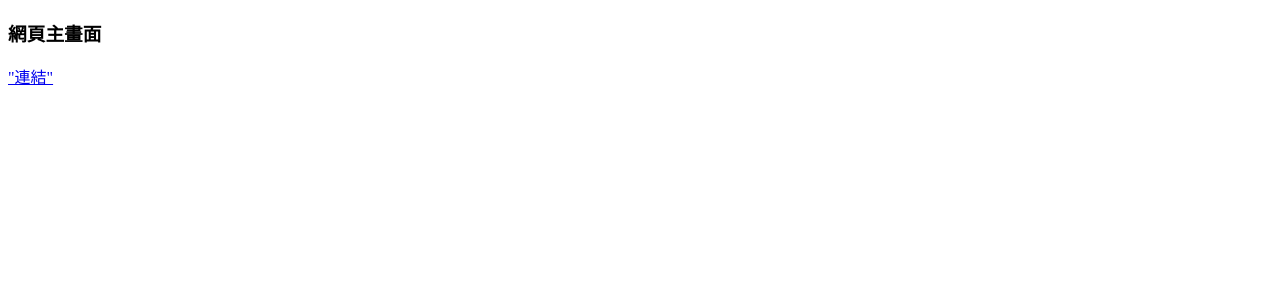
Repository: peter1421/Peng_learn
Page: http://localhost/
The author's editor kept a copy of each file at every save. The page is drawn from the files as they stood at one save, then again after the next save.
The browser window is 1280 px wide. The pictures show the whole page.
The page is served by the project's application, run on Flask 3 (後端開發/Flask 網站/超連結與圖片/app.py).

Above is the page before, as saved 2021-05-23 10:46:27.

After the next save:
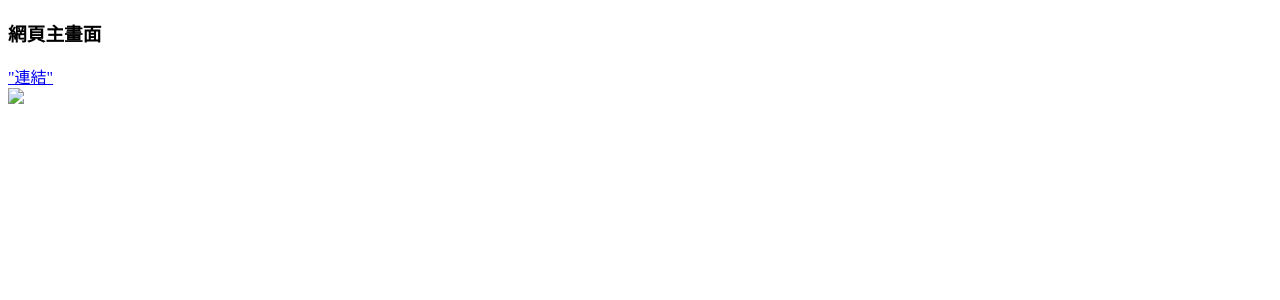
Not found: a.jpg
Saved 3 min 35 s later.
--- a/後端開發/Flask 網站/超連結與圖片/templates/index.html
+++ b/後端開發/Flask 網站/超連結與圖片/templates/index.html
@@ -12,7 +12,7 @@
     <h3>網頁主畫面</h3>
     <a href="/page">"連結"</a>
     <br>
-    <img src=""/>
+    <img src="a.jpg"/>
 </body>
 
 </html>
